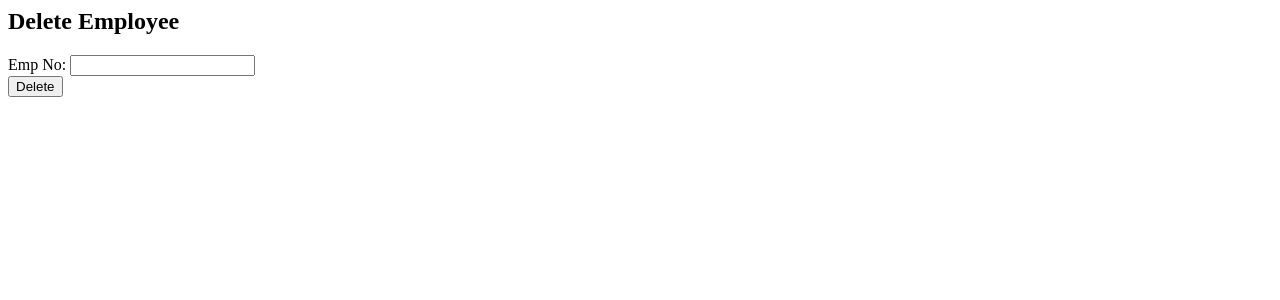
Repository: KUSUMA-74/Advance-JavaProject
Page: http://localhost/EmployeeWebApp/empdelete.jsp
These files come from the project's save history. The page is drawn as it stood at one moment and after the next save; the edit follows.
The browser window is 1280 px wide. The pictures show the whole page.
The page is served by Tomcat 9.

Above is the page before, as saved 2025-05-28 18:03:37.

After the next save:
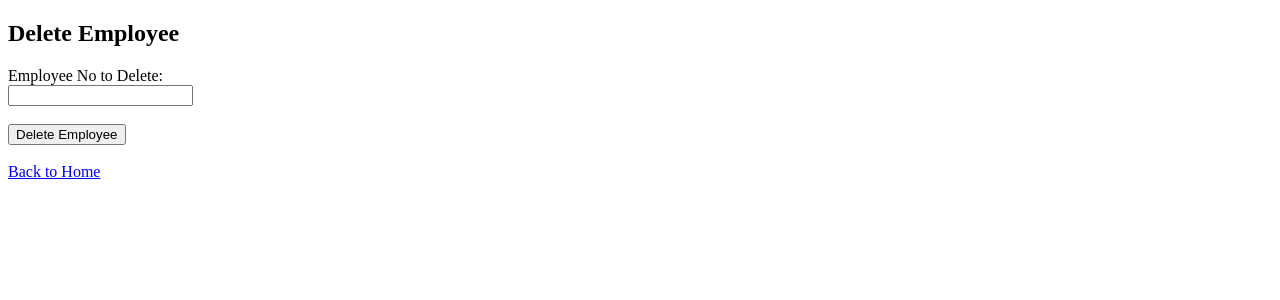
Saved 11 s later.
--- a/EmployeeWebApp/src/main/webapp/empdelete.jsp
+++ b/EmployeeWebApp/src/main/webapp/empdelete.jsp
@@ -1,11 +1,21 @@
-<%@ page language="java" contentType="text/html; charset=UTF-8" %>
+<!DOCTYPE html>
 <html>
-<head><title>Delete Employee</title></head>
+<head>
+    <title>Delete Employee</title>
+</head>
 <body>
-    <h2>Delete Employee</h2>
-    <form action="DeleteEmployeeServlet" method="post">
-        Emp No: <input type="number" name="empno" required><br>
-        <input type="submit" value="Delete">
-    </form>
+
+<h2>Delete Employee</h2>
+
+<form action="DeleteEmployeeServlet" method="post">
+    <label>Employee No to Delete:</label><br/>
+    <input type="number" name="empno" required /><br/><br/>
+
+    <input type="submit" value="Delete Employee" />
+</form>
+
+<br/>
+<a href="index.jsp">Back to Home</a>
+
 </body>
 </html>
